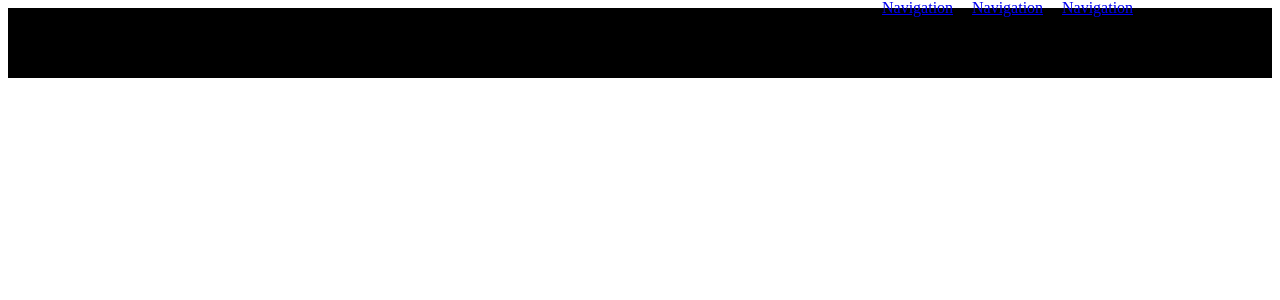
Repository: piotrokrutniak/Projekt-Studia
Page: index.html
An editor plug-in stored every save of this project. The page is shown before and after the next save, followed by the edit.
The browser window is 1280 px wide. The pictures show the whole page.

Above is the page before, as saved 2023-03-04 02:28:48.

After the next save:
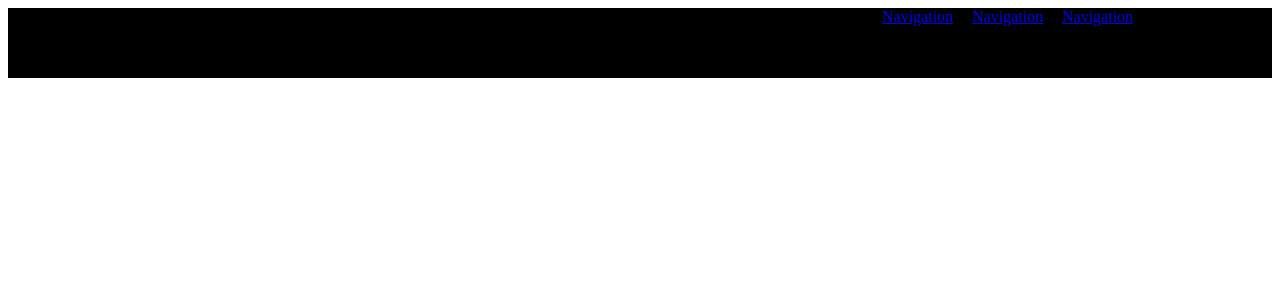
Saved 4 s later.
--- a/styles.css
+++ b/styles.css
@@ -27,7 +27,5 @@
 .navigation{
     display: grid;
     grid-template-columns: 90px 90px 90px;
-        top: 50%;
-    -ms-transform: translateY(-50%);
-    transform: translateY(-50%);
+
 }
